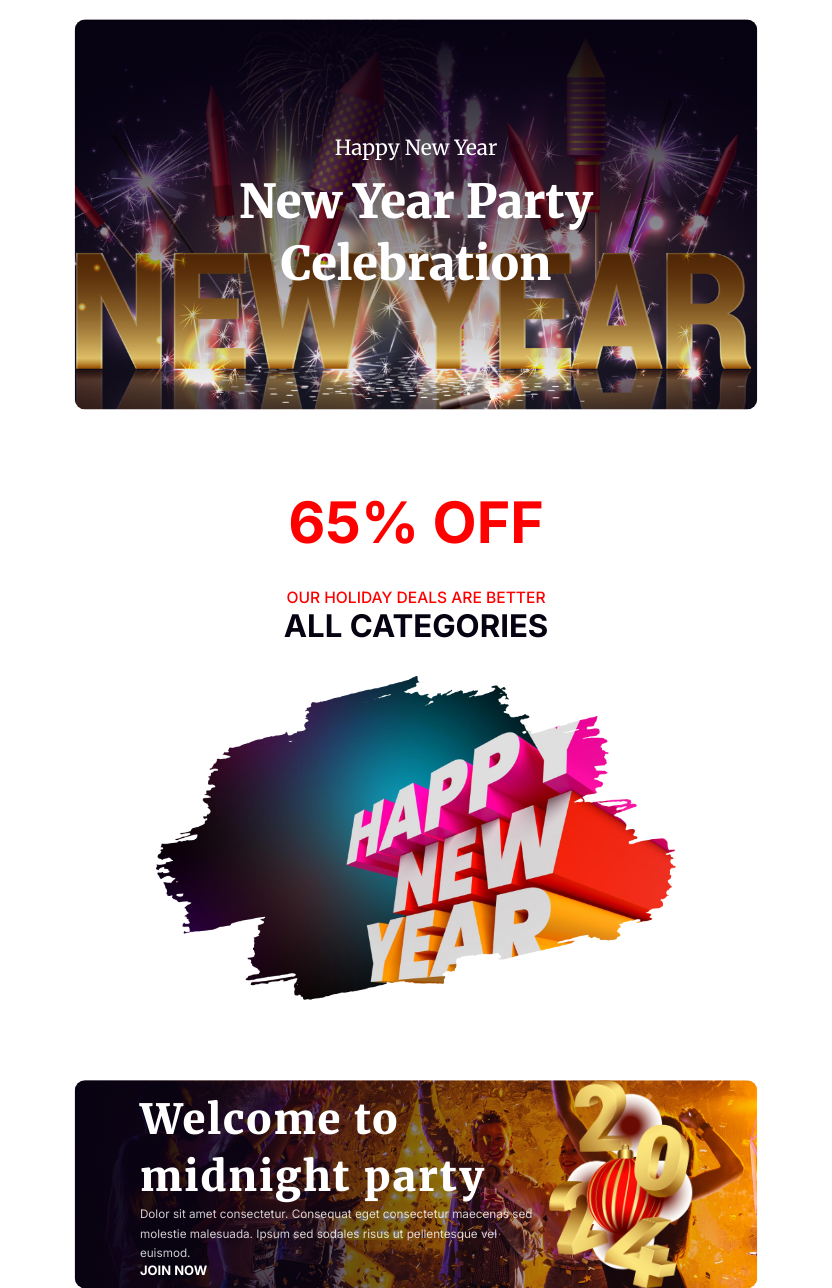
Repository: rahmatahmedrifat/First-Assignment
Page: index.html
The author's editor kept a copy of each file at every save. The page is drawn from the files as they stood at one save, then again after the next save.
The browser window is 1280 px wide. The pictures show the whole page, at 65% of full size.

Above is the page before, as saved 2024-01-08 02:58:13.

### index.html
<!DOCTYPE html>
<html lang="en">
<head>
    <meta charset="UTF-8">
    <meta name="viewport" content="width=device-width, initial-scale=1.0">
    <!-- Title  -->
    <title>New Year 2024</title>
    <!-- favicon icon linked -->
    <link rel="shortcut icon" href="images/banner and other images/New Year Photo.png" type="image/x-icon">
    <!-- style css linked-->
    <link rel="stylesheet" href="Style/style.css">
</head>
<body>
    <!-- header part  -->
    <header>
        <!-- banner section part -->
        <section id="banner">
            <div class="container">
                <div class="banner-container">
                    <div class="banner-content">
                        <h3 class="celebration">Happy New Year</h3>
                        <h2 class="banner-title">New Year Party Celebration</h2>
                    </div>
                </div>
            </div>
        </section>
    </header>
    <!-- main part -->
    <main>
        <!-- categories section part  -->
            <section id="categories">
                <div class="container">
                    <div class="categories-container">
                        <h2 class="categories-discount">65% OFF</h2>
                        <p class="all-summery">OUR HOLIDAY DEALS ARE BETTER</p>
                        <h3 class="categories-title">ALL CATEGORIES</h3>
                        <div class="categories-img">
                            <img id="new-year-img" src="images/New Year Photo.png" alt="Happy New Year">
                        </div>
                    </div>
                </div>
            </section>

            <!-- party-banner section part -->
            <section id="party-banner">
                <div class="container">
                    <div class="party-container">
                        <div class="party-content">
                            <h2 class="party-title">Welcome to midnight party</h2>
                            <p class="party-description">Dolor sit amet consectetur. Consequat eget consectetur maecenas sed molestie malesuada. Ipsum sed sodales risus ut pellentesque vel euismod. </p>
                            <button id="join-now-btn">JOIN NOW</button>
                        </div>
                        <img class="party-img" src="images/icon/Group 70.png" alt="party-img">
                        <!-- <div class="party-content">
                            <img src="" alt="">
                        </div> -->
                    </div>
                </div>
            </section>
    </main>
    <!--  footer part -->
    <footer></footer>
</body>
</html>

### Style/style.css
/* import google fonts */
@import url('https://fonts.googleapis.com/css2?family=Inter:wght@100;200;300;400;500;600;700;800;900&family=Merriweather:ital,wght@0,300;0,400;0,700;0,900;1,300;1,400;1,700;1,900&display=swap');

*{
    margin: 0;
    padding: 0;
    outline: 0;
}

.container{
    width: 82%;
    margin: 0 auto;
}
/* banner section related css style */
#banner{
    margin-top: 30px;
}
.banner-container{
    background-image: linear-gradient(180deg, #070211 0%, rgba(7, 2, 17, 0.00) 100%), url(../images/Banner\ Image.png);
    background-size: cover;
    background-repeat: no-repeat;
    background-position: center;
    border-radius: 16px;
    padding: 177px 0px;
}
.banner-container .banner-content{
    width: 632px;
    margin: 0 auto;
}
.banner-container .banner-content .celebration{
    color: #FFF;
    text-align: center;
    font-family: Merriweather;
    font-size: 32px;
    font-style: normal;
    font-weight: 400;
    line-height: normal;
    margin-bottom: 16px;
    z-index: 99;
}
.banner-container .banner-content .banner-title{
    color: #FFF;
    text-align: center;
    font-family: Merriweather;
    font-size: 72px;
    font-style: normal;
    font-weight: 900;
    line-height: 95px;
}
/* categories section related css style */

#categories{
    margin: 120px 0px;
}
.categories-container .categories-discount{
    font-family: Inter;
    font-size: 88px;
    font-style: normal;
    font-weight: 700;
    color: #F00;
    text-align: center;
    line-height: normal;
    margin-bottom: 48px;
}
.all-summery{
    font-family: Inter;
    font-size: 24px;
    font-style: normal;
    font-weight: 500;
    color: #F00;
    text-align: center;
    line-height: normal;
}
.categories-container .categories-title{
    font-family: Inter;
    font-size: 48px;
    font-style: normal;
    font-weight: 700;
    color: #070211;
    text-align: center;
    line-height: normal;
    margin-bottom: 48px;
}
.categories-container .categories-img{
    width: 800px;
    margin: 0 auto;
}
.categories-img #new-year-img{
    max-width: 100%;
}

/* party-banner section css style  */
#party-banner{

}
.party-container{
    background-image: linear-gradient(90deg, #070211 0%, rgba(7, 2, 17, 0.00) 100%), url(../images/Vectorrr.png);
    background-position: center;
    background-repeat: no-repeat;
    background-size: cover;
    display: flex;
    align-items: center;
    justify-content: space-between;
    border-radius: 16px;
    padding: 0px 100px;
}
.party-container .party-content{
    width: 900px;
}
.party-content .party-title{
    font-family: Merriweather;
    font-size: 64px;
    font-style: normal;
    font-weight: 900;
    color: #FFF;
    line-height: 88px;
    letter-spacing: 3px;
}
.party-content .party-description{
    font-family: Inter;
    font-size: 18px;
    font-style: normal;
    font-weight: 400;
    color: rgba(255, 255, 255, 0.80);
    line-height: 30px;
}
#join-now-btn{
    font-family: Inter;
    font-size: 20px;
    font-style: normal;
    font-weight: 700;
    color: #FFF;
    background: transparent;
    line-height: normal;
    text-transform: uppercase;
    border: none;
    cursor: pointer;
}
.party-container .party-img{
    width: 220px;
}
.party-container .party-img img{
    max-width: 100%;
}

After the next save:
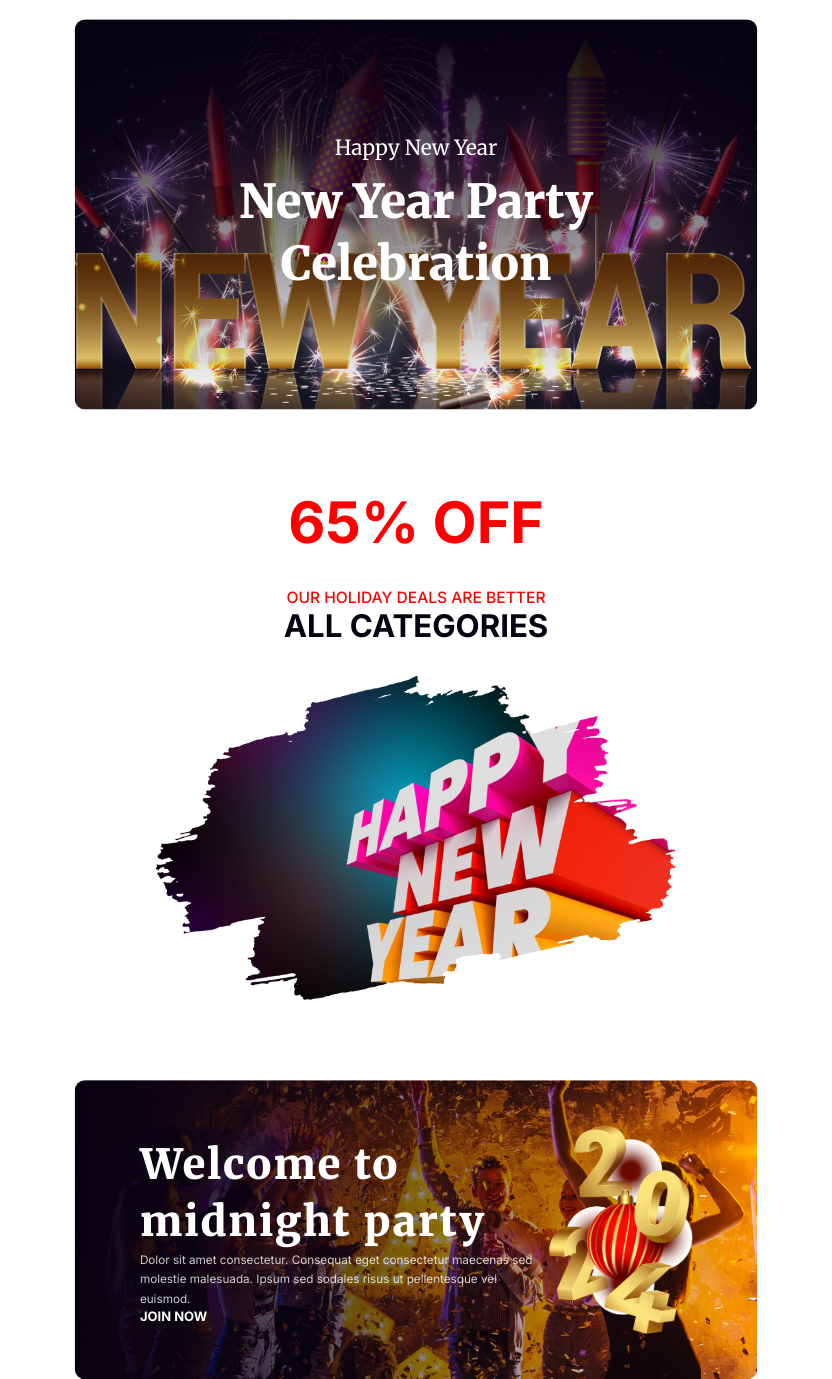
Saved 29 s later.
--- a/Style/style.css
+++ b/Style/style.css
@@ -102,7 +102,7 @@
     align-items: center;
     justify-content: space-between;
     border-radius: 16px;
-    padding: 0px 100px;
+    padding: 70px 100px;
 }
 .party-container .party-content{
     width: 900px;
